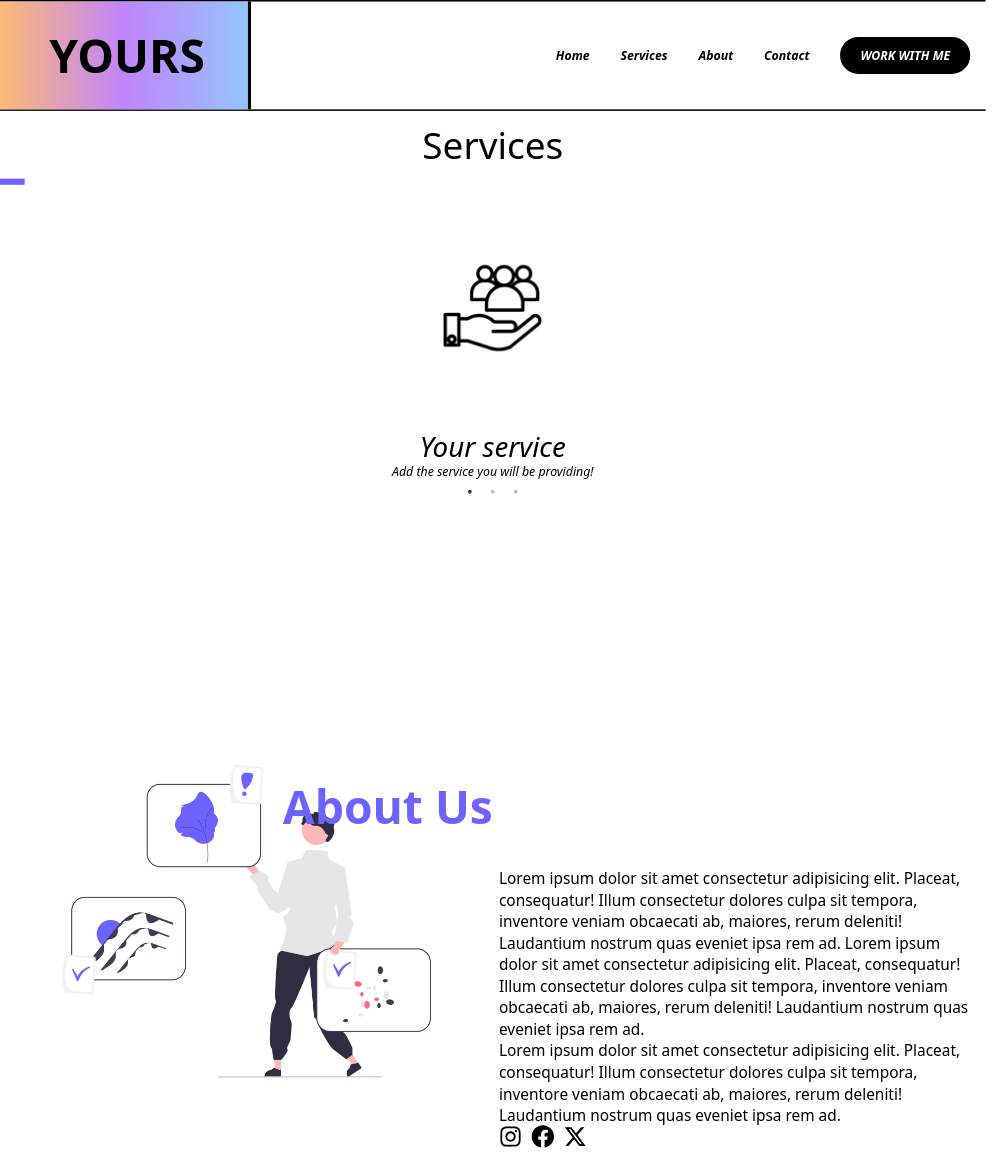
Repository: Al123Kudayyd/eportfolio
Page: /
These files come from the project's save history. The page is drawn as it stood at one moment and after the next save; the edit follows.
The browser window is 1280 px wide. The page is 1305 px wide, so the pictures cover 1305 px, including what lies to the right of the window. The pictures show the whole page, at 77% of full size.
The project was rebuilt for these pictures with package versions that can differ from the ones it lists, and the page was loaded fresh each time. Also part of the build but not shown: src/components/AboutService.jsx.

Above is the page before, as saved 2024-02-27 10:30:08.

### src/App.js
import logo from './logo.svg';
import './App.css';
import Nav from './components/Nav';
import Services from './components/Services';
import About from './components/About';

function App() {
  return (
    <div className="App">
      <Nav />
      <Services />
      <About />
    </div>
  );
}

export default App;

### src/components/Nav.jsx
import React from 'react'

function Nav() {
  return (
    <div className=' border-y-2 border-black sticky top-0 z-10'>
        <div className='flex justify-between'>
            <h1 className='font-bold py-10 pl-16 lg:text-6xl text-4xl border-r-4 pr-14 border-black bg-gradient-to-r from-orange-300 via-purple-400 to-blue-300'>YOURS</h1>
            <ul className='italic hidden lg:flex justify-center items-center space-x-10 cursor-pointer mx-5 text-md font-semibold transp'>
                <li className='hover:text-gray-500 transition-all duration-300 '>Home</li>
                <li className='hover:text-gray-500 transition-all duration-300'>Services</li>
                <li className='hover:text-gray-500 transition-all duration-300'>About</li>
                <li className='hover:text-gray-500 transition-all duration-300'>Contact</li>
                <li className='bg-black text-white px-6 py-[10px] border-2 border-black hover:bg-white rounded-3xl
                hover:text-black transition-all duration-300'>
                    WORK WITH ME
                </li>
            </ul>
        </div>
    </div>
  )
}

export default Nav

### src/components/Services.jsx
import React from 'react'
import "slick-carousel/slick/slick.css";
import "slick-carousel/slick/slick-theme.css";
import Slider from "react-slick";
import service from '../assests/service.png'
import service1 from '../assests/service1.png'
import service2 from '../assests/service2.png'

function Services() {
  var settings = {
    dots: true,
    infinite: true,
    speed: 500,
    slidesToShow: 1,
    slidesToScroll: 1,
  };

  return (
    <div className=''>
        <h1 className='text-5xl py-5'>Services</h1>
        <div className='h-2 w-8 bg-[#6C63FF] text-center'></div>
        <div className='min-h-[400px] lg:min-h-[700px] text-center '>
        <Slider className='text-black  italic' {...settings}>
      <div className='relative'>
        <img src={service} className='w-1/4 translate-x-[150%]' alt="" />
        <h1 className='text-xl lg:text-4xl'>Your service</h1>
        <p className='text-md'>Add the service you will be providing!</p>
      </div>
      <div>
        <img src={service1} className='w-1/4 translate-x-[150%]' alt="" />
        <h3 className='text-xl lg:text-4xl'>Your Serivce</h3>
        <p className='text-md'>Add the service you will be providing!</p>
      </div>
      <div>
        <img src={service2} className='w-1/4 translate-x-[150%]' alt="" />
        <h3 className='text-xl lg:text-4xl'>Your Serivce</h3>
        <p className='text-md'>Add the service you will be providing!</p>
      </div>
      </Slider>
        </div>
    </div>
  )
}

export default Services

### src/components/About.jsx
import AboutService from './AboutService'
import { IoPersonOutline } from "react-icons/io5";
import { MdOutlineEmail } from "react-icons/md";
import { IoCheckmarkOutline } from "react-icons/io5";
import about from '../assests/about.png'
import { FaInstagram, FaFacebook} from "react-icons/fa";
import { FaXTwitter } from "react-icons/fa6";

function About() {
  return (
    <div className='relative '>
      <div className='lg:flex'>
        <img src={about} className='w-[100%] lg:w-[50%]' />
        <h1 className='text-3xl lg:text-6xl font-semibold text-[#6C63FF] absolute top-[15%] right-[2%] lg:top-[15%] lg:right-[50%]'>About Us</h1>
        <div className=''>
          <p className='absolute lg:top-[35%] lg:w-1/2 text-left p-6 lg:p-2 text-xl'>Lorem ipsum dolor sit amet consectetur adipisicing elit. Placeat, consequatur! Illum consectetur dolores culpa sit tempora, inventore veniam obcaecati ab, maiores, rerum deleniti! Laudantium nostrum quas eveniet ipsa rem ad.
          Lorem ipsum dolor sit amet consectetur adipisicing elit. Placeat, consequatur! Illum consectetur dolores culpa sit tempora, inventore veniam obcaecati ab, maiores, rerum deleniti! Laudantium nostrum quas eveniet ipsa rem ad.
          <br />
          Lorem ipsum dolor sit amet consectetur adipisicing elit. Placeat, consequatur! Illum consectetur dolores culpa sit tempora, inventore veniam obcaecati ab, maiores, rerum deleniti! Laudantium nostrum quas eveniet ipsa rem ad.
          </p>
          <div className='absolute lg:top-[100%] cursor-pointer top-[310%] p-6 flex justify-center items-center space-x-3 lg:left-[50%] text-3xl lg:p-2'>
            <a href=""><FaInstagram /></a>
            <a href=""><FaFacebook /></a>
            <a href=""><FaXTwitter /></a>
          </div>
        </div>
      </div>
    </div>
  )
}

export default About

### tailwind.config.js
/** @type {import('tailwindcss').Config} */
module.exports = {
  content: [
    "./src/App.js.{js,jsx,ts,tsx}",
    "./src/components/Nav.{js,jsx,ts,tsx}",
    "./src/components/Services.{js,jsx,ts,tsx}",
    "./src/components/About.{js,jsx,ts,tsx}",
    "./src/components/AboutService.{js,jsx,ts,tsx}",
    "./src/components/Contact.{js,jsx,ts,tsx}"
],
  theme: {
    extend: {},
  },
  plugins: [],
}

Loaded but not shown: public/index.html (common file); src/index.js (common file); src/index.css (common file); src/reportWebVitals.js (common file); src/App.css (common file)

After the next save:
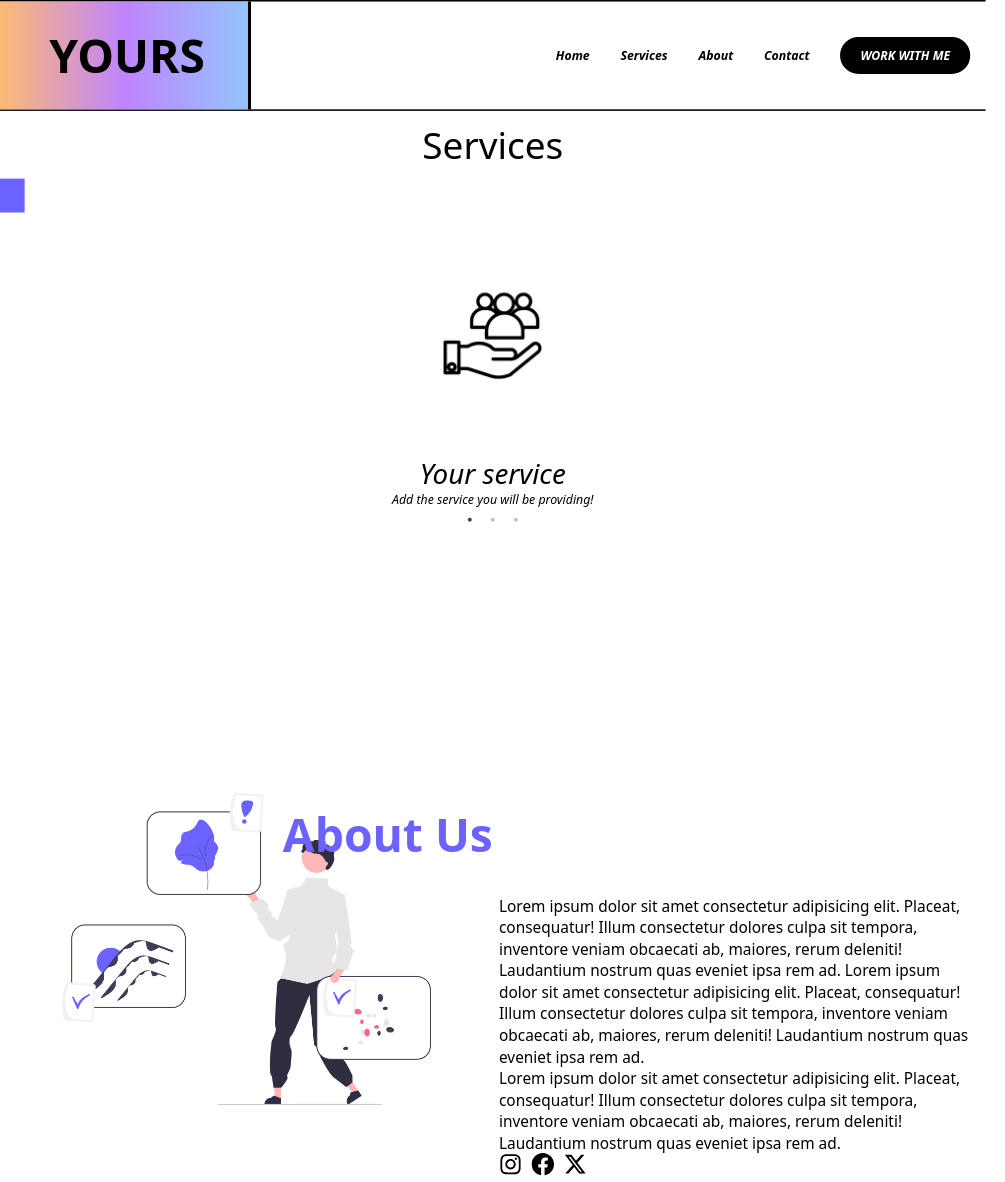
Saved 5 s later.
--- a/src/components/Services.jsx
+++ b/src/components/Services.jsx
@@ -18,7 +18,7 @@ function Services() {
   return (
     <div className=''>
         <h1 className='text-5xl py-5'>Services</h1>
-        <div className='h-2 w-8 bg-[#6C63FF] text-center'></div>
+        <div className='h-11 w-8 bg-[#6C63FF] text-center'></div>
         <div className='min-h-[400px] lg:min-h-[700px] text-center '>
         <Slider className='text-black  italic' {...settings}>
       <div className='relative'>
